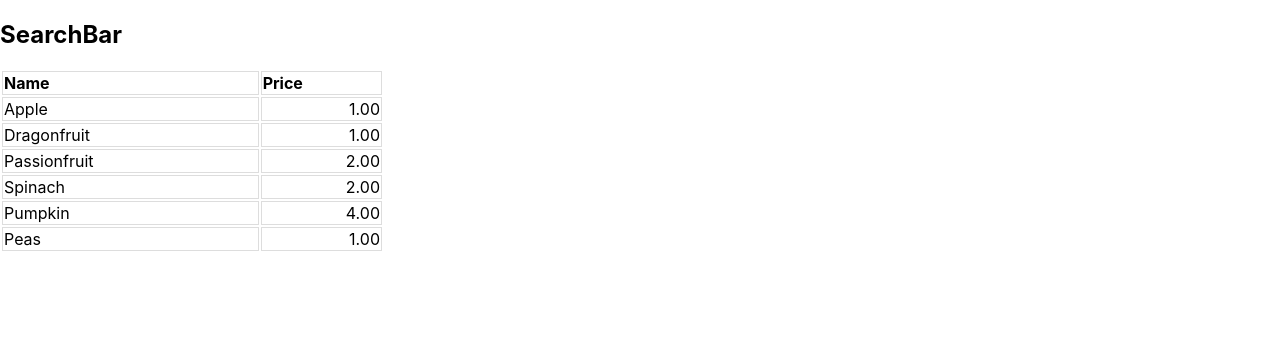
Repository: mariocapitbrok/reactjs-learn
Page: / (app in 05_filtered-data-table/)
An editor plug-in stored every save of this project. The page is shown before and after the next save, followed by the edit.
The browser window is 1280 px wide. The pictures show the whole page.
The project was rebuilt for these pictures with package versions that can differ from the ones it lists, and the page was loaded fresh each time.

Above is the page before, as saved 2023-02-26 00:13:22.

### 05_filtered-data-table/src/App.js
import SearchBar from './components/SearchBar'
import Table from './components/Table'
import './App.css'

function App() {
  return (
    <div className="App">
      <SearchBar />
      <Table data={data} />
    </div>
  )
}

export default App

const PRODUCTS = [
  { category: 'Fruits', price: '$1', stocked: true, name: 'Apple' },
  { category: 'Fruits', price: '$1', stocked: true, name: 'Dragonfruit' },
  { category: 'Fruits', price: '$2', stocked: false, name: 'Passionfruit' },
  { category: 'Vegetables', price: '$2', stocked: true, name: 'Spinach' },
  { category: 'Vegetables', price: '$4', stocked: false, name: 'Pumpkin' },
  { category: 'Vegetables', price: '$1', stocked: true, name: 'Peas' },
]

const data = PRODUCTS.map(p => ({
  name: p.name,
  price: parseFloat(p.price.slice(1)).toFixed(2),
}))

### 05_filtered-data-table/src/components/SearchBar.jsx
function SearchBar() {
  return (
    <div>
      <h2>SearchBar</h2>
    </div>
  )
}

export default SearchBar

### 05_filtered-data-table/src/components/Table.jsx
import '../App.css'

function Table({ data }) {
  const tableHeaders = createTableHeaders(data)

  const tableRows = createTableRows(data)

  return (
    <table id={getTableId(data)}>
      <thead>{tableHeaders}</thead>
      <tbody>{tableRows}</tbody>
    </table>
  )
}

export default Table

function getTableId(arr) {
  const firstObj = arr[0]
  let result = ''
  let maxLength = 16

  for (const key in firstObj) {
    const firstThreeChars = key.slice(0, 3)
    result += firstThreeChars
    if (result.length >= maxLength) {
      break
    }
  }

  return result
}

function createTableHeaders(data) {
  const keys = Object.keys(data[0])
  const headerCells = keys.map(key => (
    <th key={key} className={key}>
      {key}
    </th>
  ))

  return <tr>{headerCells}</tr>
}

function createTableRows(data) {
  return data.map(row => {
    const cells = Object.entries(row).map(([key, value]) => (
      <td key={row.id ? `${row.id}-${key}` : createUniqueId()} className={key}>
        {value}
      </td>
    ))
    return <tr key={row.id || createUniqueId()}>{cells}</tr>
  })
}

function createUniqueId() {
  const randomStr = Math.random().toString(36).slice(2, 11)
  return `${randomStr}`
}

### 05_filtered-data-table/src/App.css

/* Table*/
#nampri {
  width: 30%;
  min-width: 200px;
}

#nampri th {
  text-align: left;
}

#nampri th, #nampri td {
  border: 1px solid #ddd;
}

td.price {
  text-align: right;
}

th {
  text-transform: capitalize;
}

### 05_filtered-data-table/src/components/ToogleOption.jsx
function ToogleOption() {
  return (
    <div>
      <h2>ToogleOption</h2>
    </div>
  )
}

export default ToogleOption

Loaded but not shown: 05_filtered-data-table/public/index.html (common file); 05_filtered-data-table/src/index.js (common file); 05_filtered-data-table/src/index.css (common file); 05_filtered-data-table/src/reportWebVitals.js (common file)

After the next save:
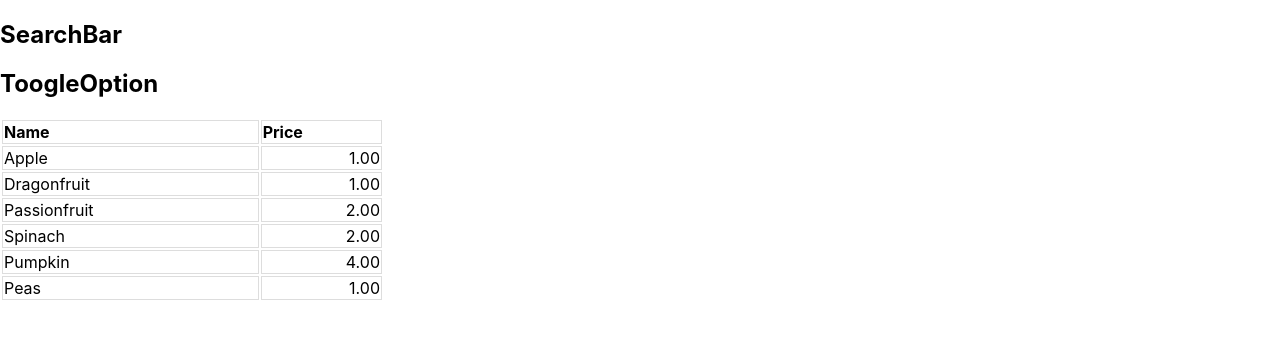
Saved 25 s later.
--- a/05_filtered-data-table/src/App.js
+++ b/05_filtered-data-table/src/App.js
@@ -1,4 +1,5 @@
 import SearchBar from './components/SearchBar'
+import ToogleOption from './components/ToogleOption'
 import Table from './components/Table'
 import './App.css'
 
@@ -6,6 +7,7 @@ function App() {
   return (
     <div className="App">
       <SearchBar />
+      <ToogleOption />
       <Table data={data} />
     </div>
   )
